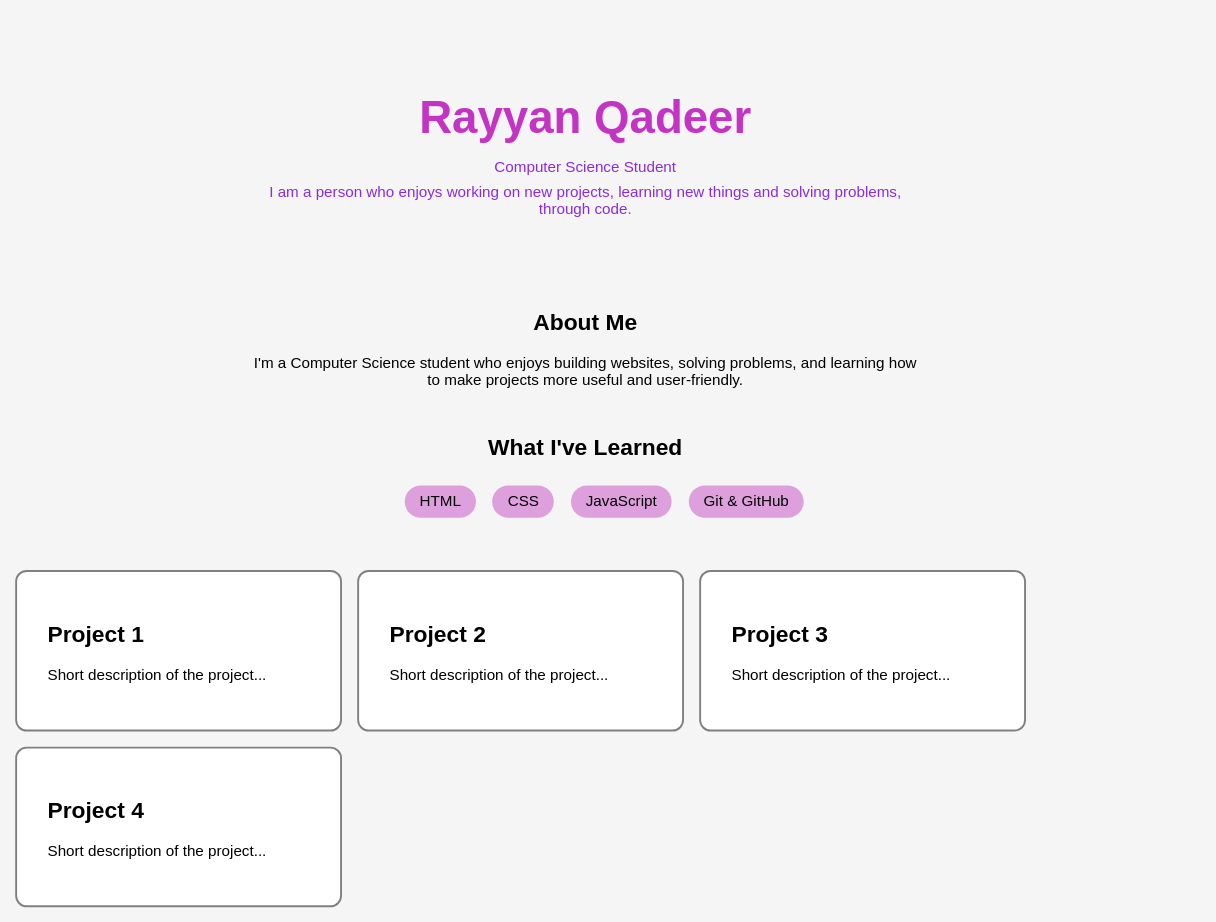
Repository: rayyan-qadeer/rayyan-qadeer
Page: index.html
An editor plug-in stored every save of this project. The page is shown before and after the next save, followed by the edit.
The browser window is 1280 px wide. The pictures show the whole page, at 95% of full size.

Above is the page before, as saved 2026-05-06 03:11:42.

### index.html
<!doctype html>
<html lang="en">
  <head>
    <meta charset="UTF-8" />
    <meta name="viewport" content="width=device-width, initial-scale=1.0" />
    <title>Rayyan Qadeer Portfolio</title>
    <link rel="stylesheet" href="./styles/globals.css" />
    <link rel="stylesheet" href="./styles/index.css" />
  </head>
  <body>
    <main>
      <header>
        <h1>Rayyan Qadeer</h1>
        <p class="subtitle">Computer Science Student</p>
        <p class="description">
          I am a person who enjoys working on new projects, learning new things and solving problems, through code.
        </p>
      </header>

      <section class ="about">
        <h2>About Me</h2>
        <p>I'm a Computer Science student who enjoys building websites, solving problems, and learning how to make projects more useful and user-friendly.
        </p>
      </section>

      <section class ="skills">
        <h2>What I've Learned</h2>
        <ul>
          <li>HTML</li>
          <li>CSS</li>
          <li>JavaScript</li>
          <li>Git & GitHub</li>
        </ul>
      </section>

      <section class="projects">
        <article class="card">
          <h2>Project 1</h2>
          <p>Short description of the project...</p>
        </article>

        <article class="card">
          <h2>Project 2</h2>
          <p>Short description of the project...</p>
        </article>

        <article class="card">
          <h2>Project 3</h2>
          <p>Short description of the project...</p>
        </article>

        <article class="card">
          <h2>Project 4</h2>
          <p>Short description of the project...</p>
        </article>
      </section>
    </main>
  </body>
</html>

### styles/globals.css
body {
    margin: 0rem;
    font-family: Arial, Helvetica, sans-serif;
    background-color: whitesmoke;
    color: black;
}

### styles/index.css
main {
  padding: 1rem;
  max-width: 1200px;
  margin: 0rem;
}

header {
  text-align: center;
  margin-bottom: 3rem;
  padding: 3rem 1rem;
}

header h1 {
  font-size: 3rem;
  margin-bottom: 0.5rem;
  color: rgb(196, 52, 196);
}

.subtitle {
  color: blueviolet;
  margin-bottom: 0.5rem;
}

.description {
  max-width: 43.75rem;
  margin: 0 auto;
  color: blueviolet;
}

.about,
.skills {
  text-align: center;
  max-width: 43.75rem;
  margin: 3rem auto;
}

.skills li {
  display: inline-block;
  margin: 0.4rem;
  padding: 0.5rem 1rem;
  background-color: plum;
  border-radius: 1.25rem;
}

.projects {
  display: flex;
  flex-direction: column;
  gap: 1rem;
}

.card {
  background-color: white;
  padding: 2rem;
  border-radius: 12px;
  border: 2px solid gray;
}

.card:hover {
  transform: translateY(-4px);
  background-color: plum;
}

@media (min-width: 768px) {
  .projects {
    flex-direction: row;
    flex-wrap: wrap;
  }

  .card {
    width: 48%;
  }
}

@media (min-width: 1024px) {
  .card {
    width: 23%;
  }
}

After the next save:
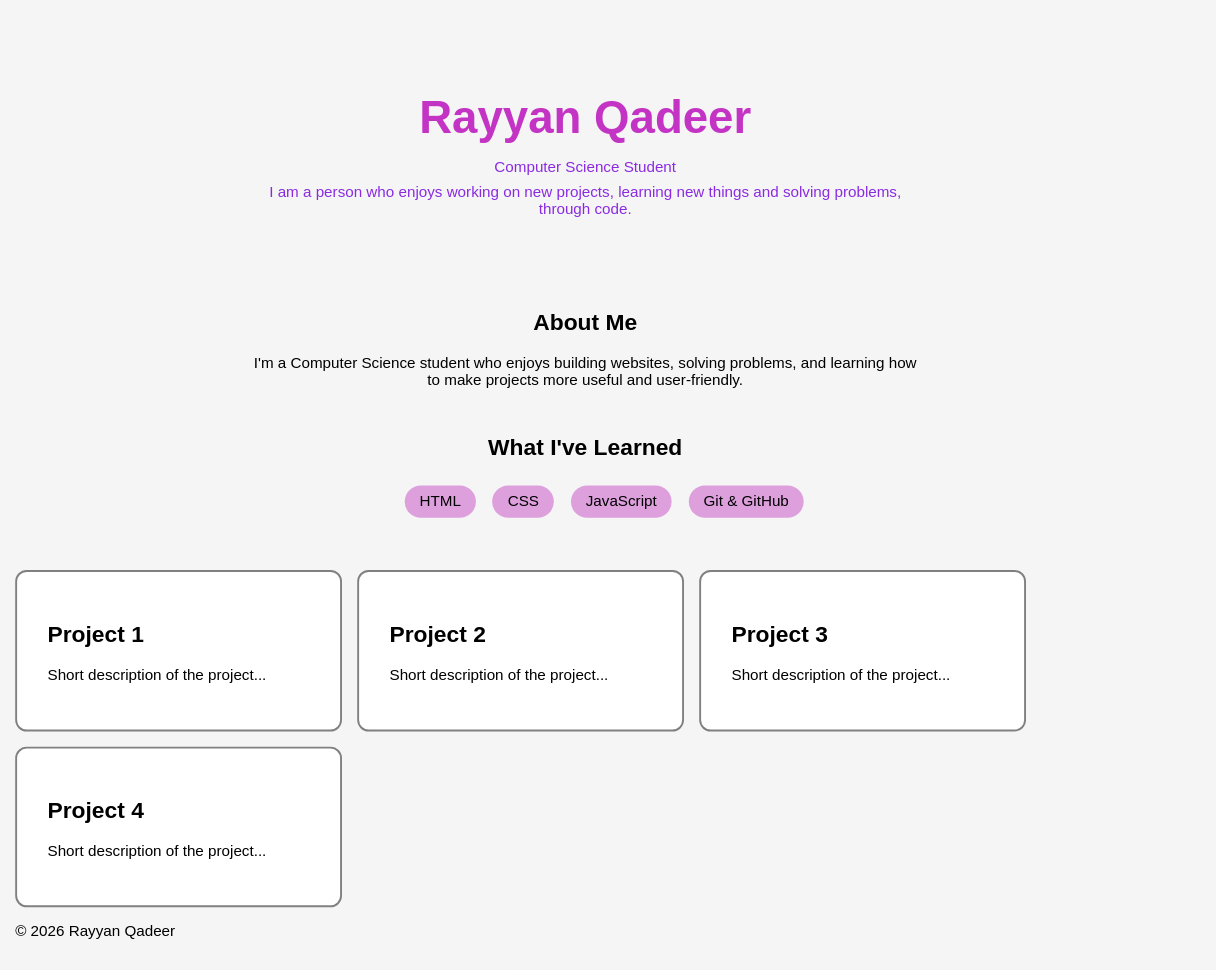
Saved 47 s later.
--- a/index.html
+++ b/index.html
@@ -54,6 +54,10 @@
           <p>Short description of the project...</p>
         </article>
       </section>
+
+      <footer>
+        <p>© 2026 Rayyan Qadeer</p>
+      </footer>
     </main>
   </body>
 </html>
